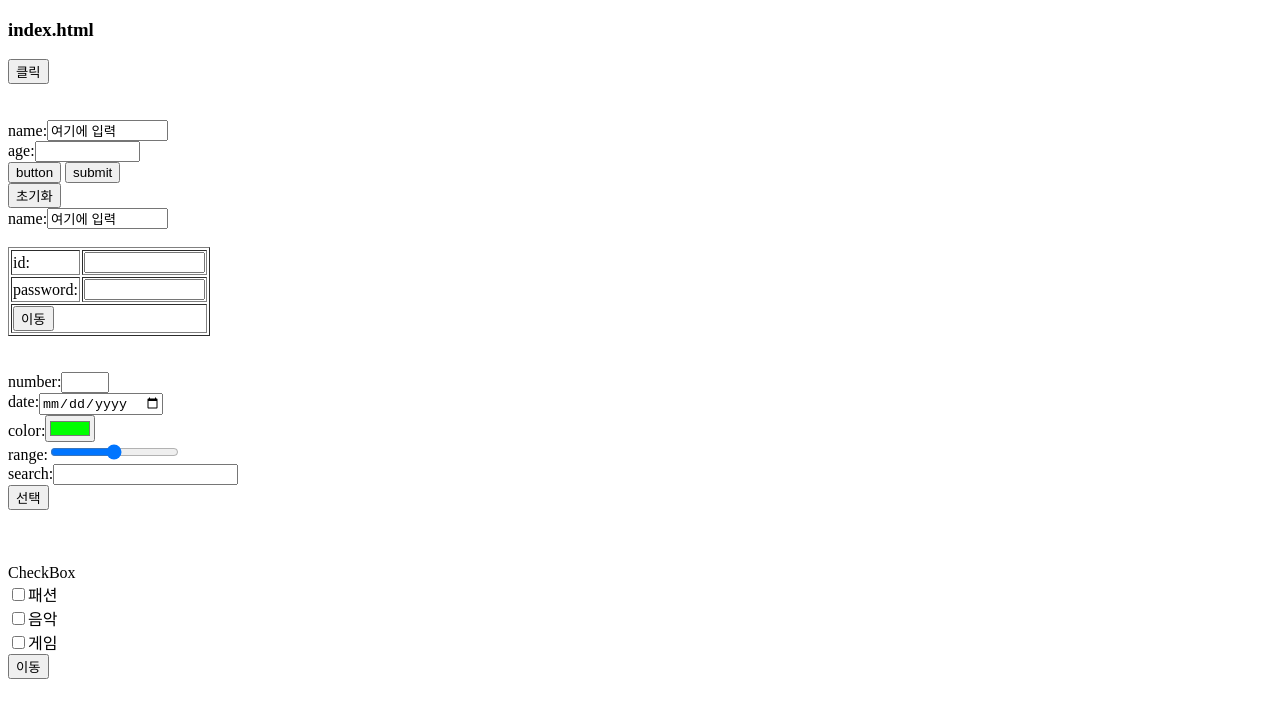
Repository: Jv2020/bitcamp
Page: html/sample04/WebContent/index.html
An editor plug-in stored every save of this project. The page is shown before and after the next save, followed by the edit.
The browser window is 1280 px wide. The pictures show the whole page.

Above is the page before, as saved 2020-01-03 03:13:23.

After the next save:
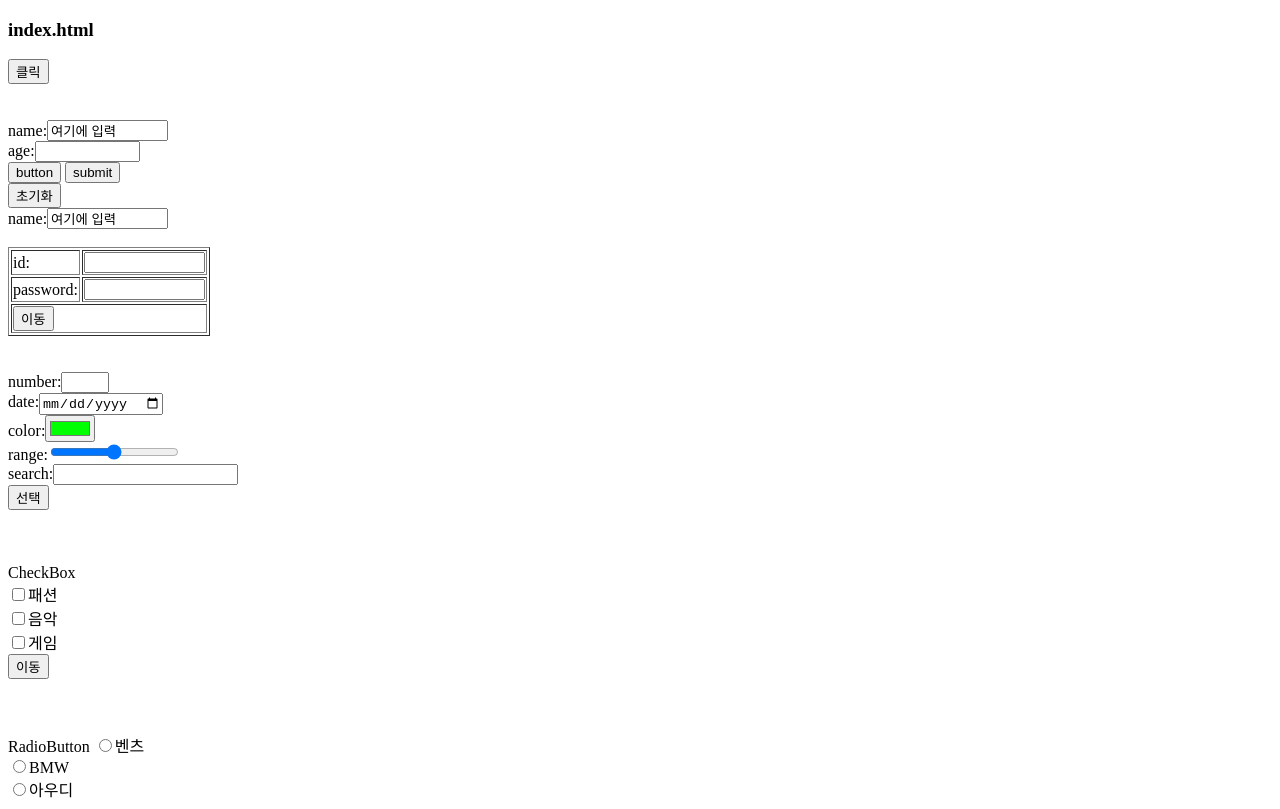
Saved 3 min 20 s later.
--- a/html/sample04/WebContent/index.html
+++ b/html/sample04/WebContent/index.html
@@ -99,6 +99,12 @@ CheckBox
 	<input type="submit" value="이동">
 </form>
 
+<br><br><br>
+
+RadioButton
+<input type="radio" name="car" value="벤츠">벤츠<br>
+<input type="radio" name="car" value="BMW">BMW<br>
+<input type="radio" name="car" value="아우디">아우디
 
 </body>
 </html>
